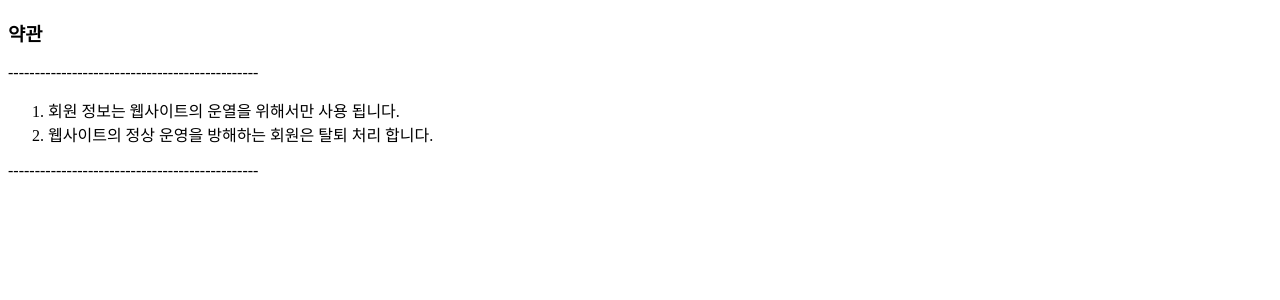
Repository: usonihs/StudyX
Page: http://localhost/Servlets/UserInsert_02.jsp
The author's editor kept a copy of each file at every save. The page is drawn from the files as they stood at one save, then again after the next save.
The browser window is 1280 px wide. The pictures show the whole page.
The page is served by Tomcat 9. Other server files are loaded and not shown.

Above is the page before, as saved 2022-10-21 08:32:09.

### JSP/Servlets/src/main/webapp/UserInsert_02.jsp
<%@ page language="java" contentType="text/html; charset=UTF-8"
    pageEncoding="UTF-8"%>
<!DOCTYPE html>
<html>
<head>
<meta charset="UTF-8">
<title>Insert title here</title>
</head>
<body>

<form action="">

<h3>약관</h3>
-----------------------------------------------<br>
<ol>
<li>회원 정보는 웹사이트의 운열을 위해서만 사용 됩니다.</li>
<li>웹사이트의 정상 운영을 방해하는 회원은 탈퇴 처리 합니다.</li>
</ol>
-----------------------------------------------<br>
</form>

</body>
</html>

After the next save:
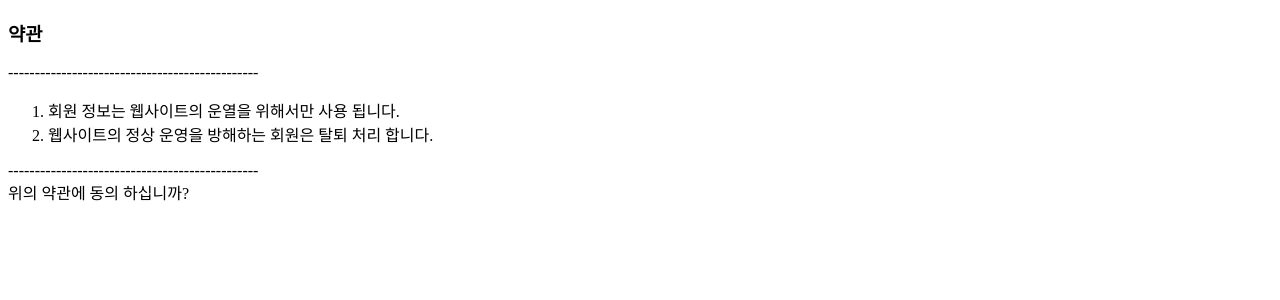
Saved 9 s later.
--- a/JSP/Servlets/src/main/webapp/UserInsert_02.jsp
+++ b/JSP/Servlets/src/main/webapp/UserInsert_02.jsp
@@ -17,6 +17,8 @@
 <li>웹사이트의 정상 운영을 방해하는 회원은 탈퇴 처리 합니다.</li>
 </ol>
 -----------------------------------------------<br>
+위의 약관에 동의 하십니까?
+
 </form>
 
 </body>
